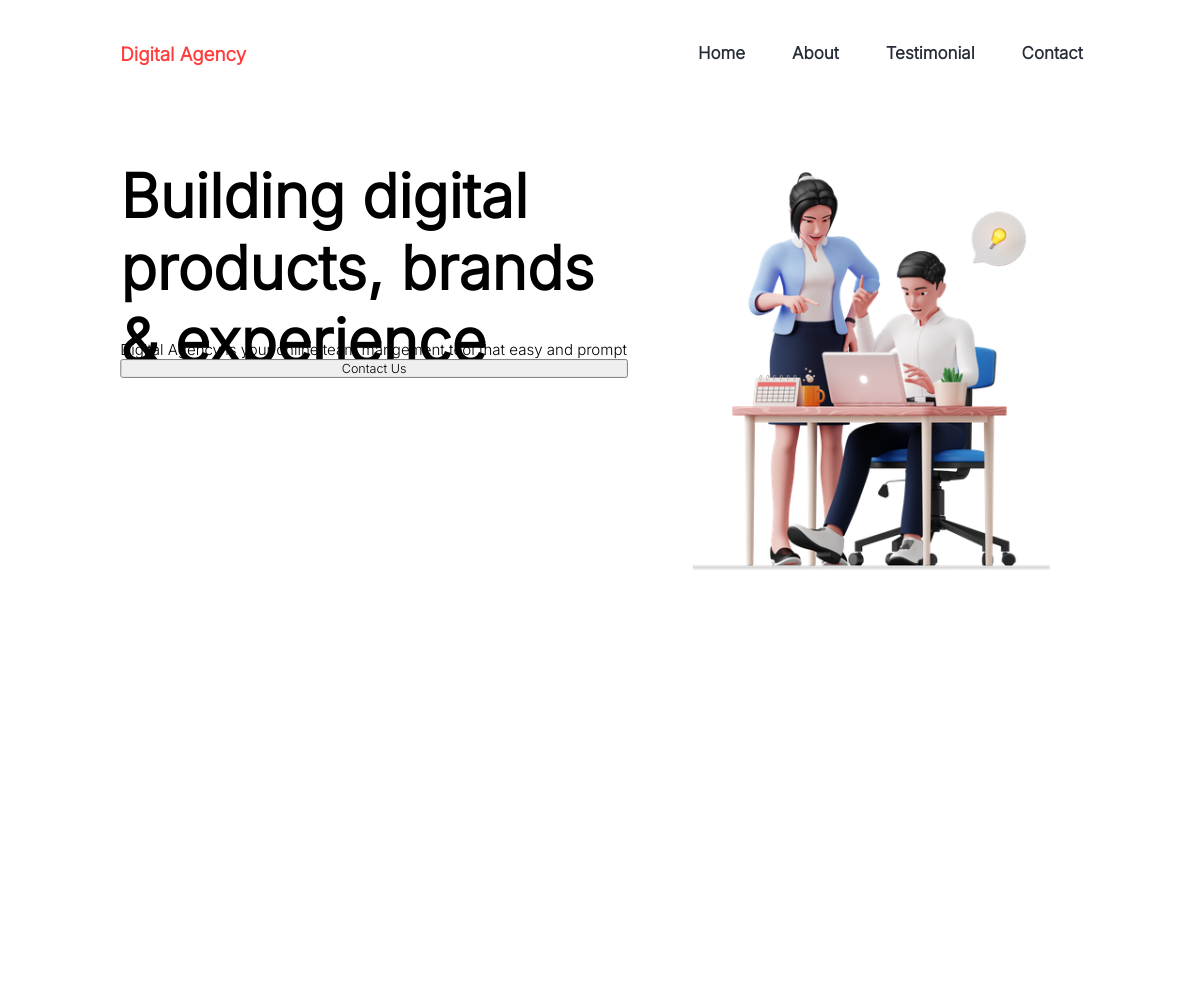
Repository: ThuatDev/fullstack_devc
Page: index.html
These files come from the project's save history. The page is drawn as it stood at one moment and after the next save; the edit follows.
The browser window is 1280 px wide. The pictures show the whole page, at 94% of full size.

Above is the page before, as saved 2022-11-09 16:34:44.

After the next save:
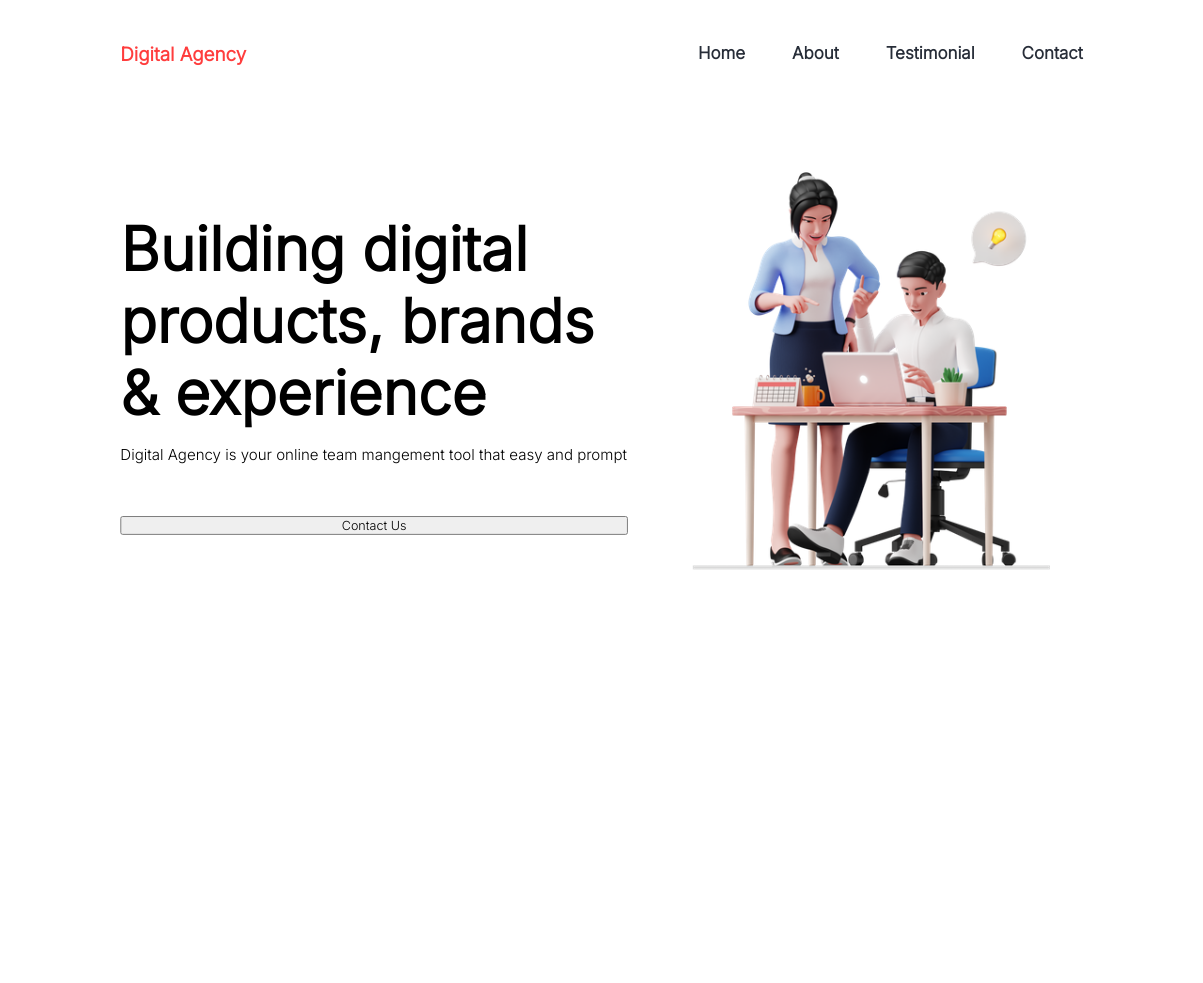
Saved 29 s later.
--- a/index.css
+++ b/index.css
@@ -50,6 +50,7 @@
 .h-section .h-section__left {
   display: flex;
   flex-direction: column;
+  justify-content: space-evenly;
 }
 .h-section .h-section__left h2 {
   font-weight: 700;
